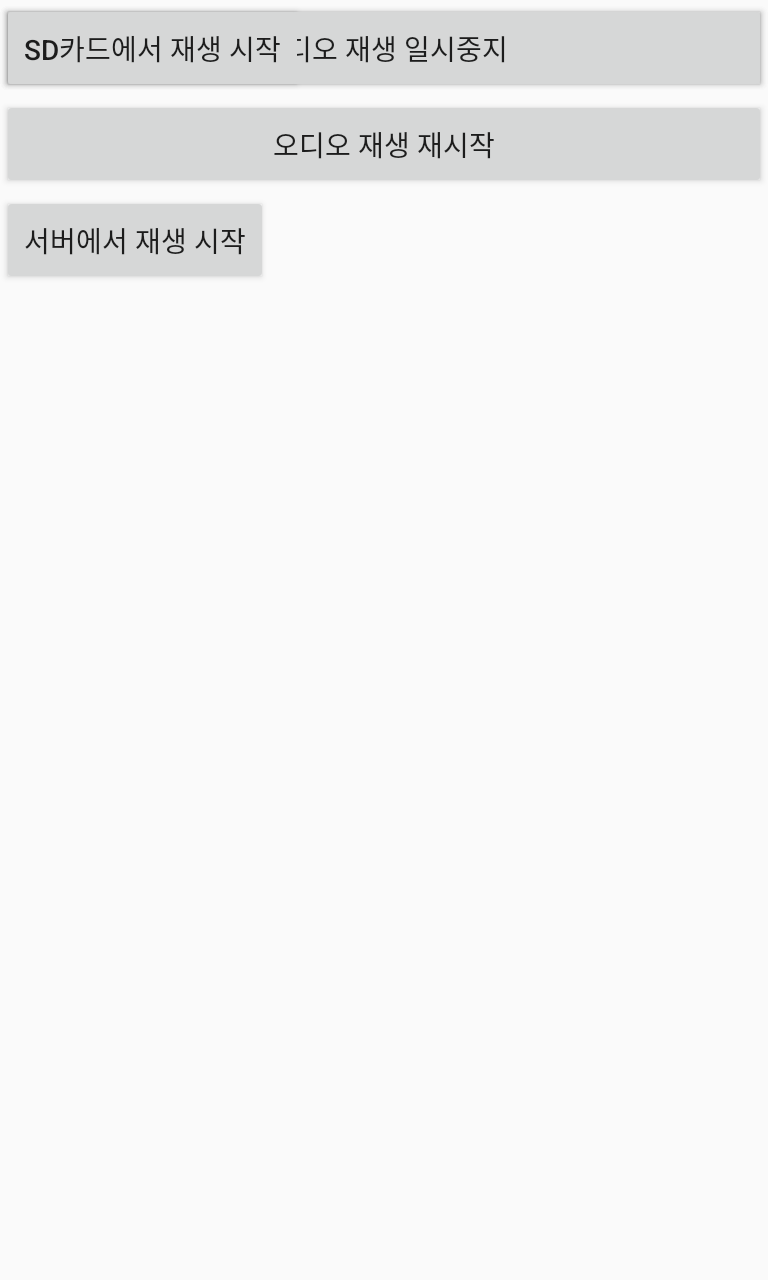
Repository: testGitHubTeam/study_Android
Layout: 70impleAudioDemo/res/layout/activity_main.xml
The author's editor kept a copy of each file at every save. The layout is drawn from the files as they stood at one save, then again after the next save.
It is drawn on a 768 x 1280 px phone screen (xhdpi) without system bars, with theme AppTheme; the app's code is not run.

Above is the layout before, as saved 2014-05-01 02:33:35.

### 70impleAudioDemo/res/layout/activity_main.xml
<RelativeLayout xmlns:android="http://schemas.android.com/apk/res/android"
    xmlns:tools="http://schemas.android.com/tools"
    android:id="@+id/container"
    android:layout_width="match_parent"
    android:layout_height="match_parent"
    tools:context="kr.android.audio.MainActivity"
     >

    <Button
        android:id="@+id/btnPlayLocal"
        android:layout_width="match_parent"
        android:layout_height="wrap_content"
        android:layout_alignParentLeft="true"
        android:layout_alignParentTop="true"
        android:text="로컬영역에서 재생 시작" />

    <Button
        android:id="@+id/btnPause"
        android:layout_width="match_parent"
        android:layout_height="wrap_content"
        android:layout_alignParentLeft="true"
        android:layout_below="@+id/btnPlay"
        android:text="오디오 재생 일시중지" />

    <Button
        android:id="@+id/btnReplay"
        android:layout_width="match_parent"
        android:layout_height="wrap_content"
        android:layout_alignParentLeft="true"
        android:layout_below="@+id/btnPause"
        android:text="오디오 재생 재시작" />

    <Button
        android:id="@+id/btnPlayServer"
        android:layout_width="wrap_content"
        android:layout_height="wrap_content"
        android:layout_alignParentLeft="true"
        android:layout_below="@+id/btnReplay"
        android:text="서버에서 재생 시작" />

    <Button
        android:id="@+id/btnPlaySDCard"
        android:layout_width="wrap_content"
        android:layout_height="wrap_content"
        android:layout_alignParentLeft="true"
        android:layout_below="@+id/button1"
        android:text="SD카드에서 재생 시작" />

</RelativeLayout>

Loaded but not shown: 70impleAudioDemo/res/values/styles.xml (common file); 70impleAudioDemo/res/values-v11/styles.xml (common file); 70impleAudioDemo/res/values-v14/styles.xml (common file)

After the next save:
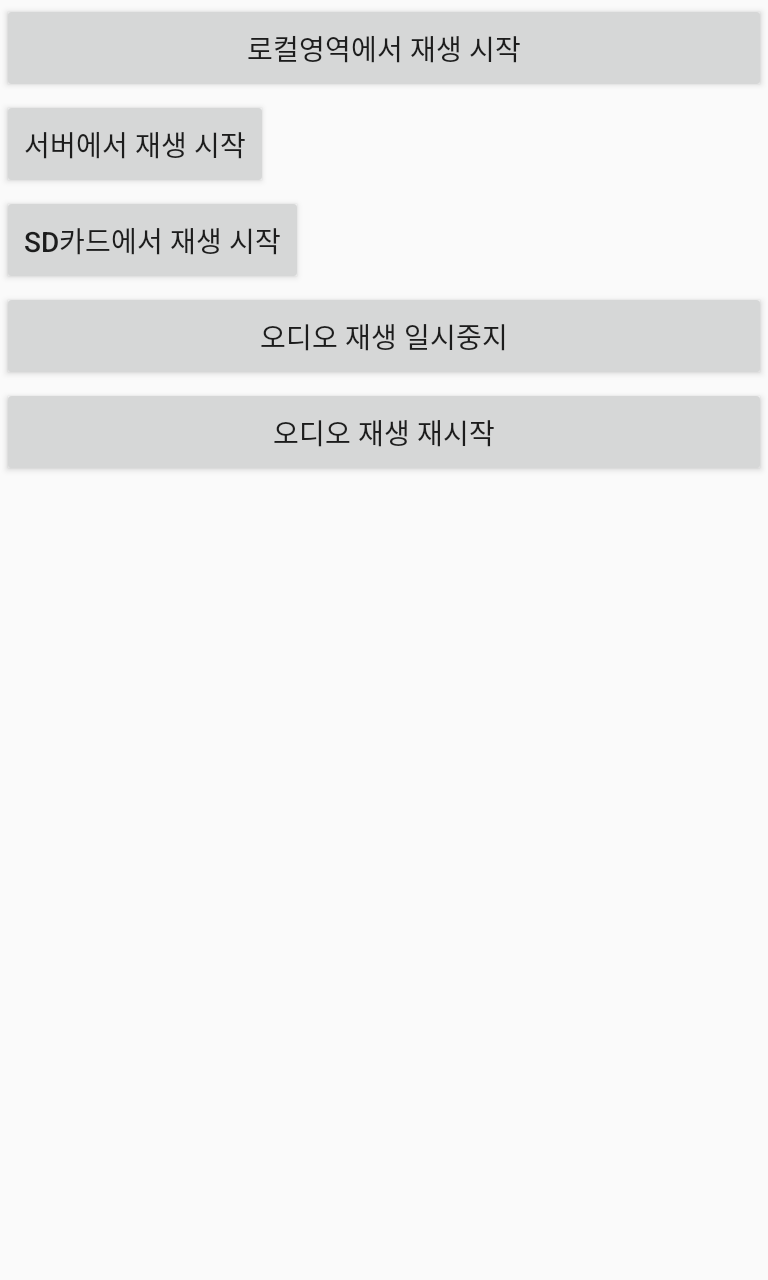
Saved 22 s later.
--- a/70impleAudioDemo/res/layout/activity_main.xml
+++ b/70impleAudioDemo/res/layout/activity_main.xml
@@ -19,7 +19,7 @@
         android:layout_width="match_parent"
         android:layout_height="wrap_content"
         android:layout_alignParentLeft="true"
-        android:layout_below="@+id/btnPlay"
+        android:layout_below="@+id/btnPlaySDCard"
         android:text="오디오 재생 일시중지" />
 
     <Button
@@ -35,7 +35,7 @@
         android:layout_width="wrap_content"
         android:layout_height="wrap_content"
         android:layout_alignParentLeft="true"
-        android:layout_below="@+id/btnReplay"
+        android:layout_below="@+id/btnPlayLocal"
         android:text="서버에서 재생 시작" />
 
     <Button
@@ -43,7 +43,7 @@
         android:layout_width="wrap_content"
         android:layout_height="wrap_content"
         android:layout_alignParentLeft="true"
-        android:layout_below="@+id/button1"
+        android:layout_below="@+id/btnPlayServer"
         android:text="SD카드에서 재생 시작" />
 
 </RelativeLayout>
